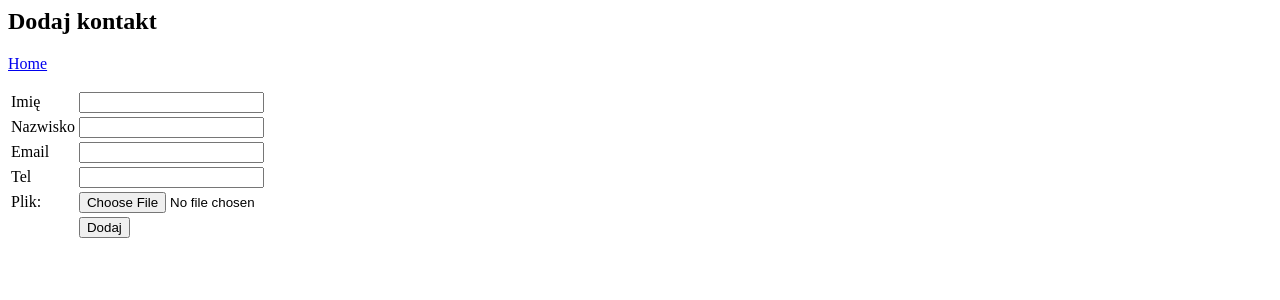
Repository: mkasus/crudCSV
Page: http://localhost/add.php
The author's editor kept a copy of each file at every save. The page is drawn from the files as they stood at one save, then again after the next save.
The browser window is 1280 px wide. The pictures show the whole page.
The page is run by PHP 8.4 with error messages shown; the project is at /var/www/html/.

Above is the page before, as saved 2024-03-27 18:50:32.

After the next save:
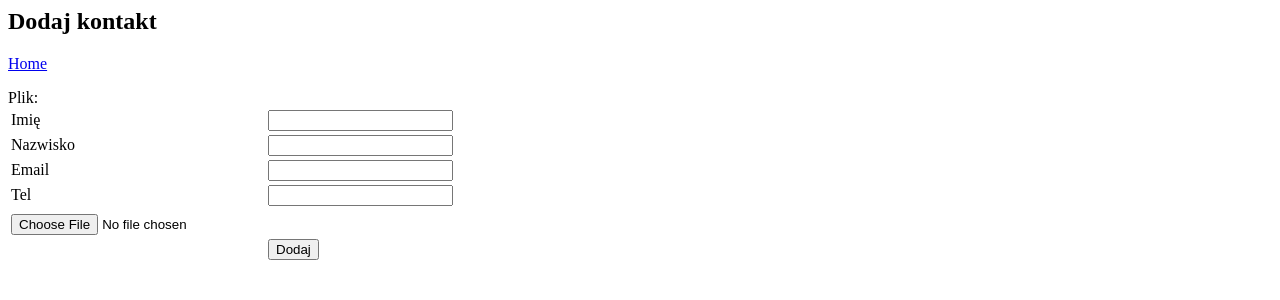
Saved 41 s later.
--- a/add.php
+++ b/add.php
@@ -28,9 +28,9 @@
 				<td><input type="text" name="tel"></td>
 			</tr>
 			<tr>
-			<td>
+			<tr>
 				<label for="myfile"> Plik:</label>
-			</td>
+			</tr>
 			<td>
 				<input type="file" id="myfile" name="file">
 		    </td>
